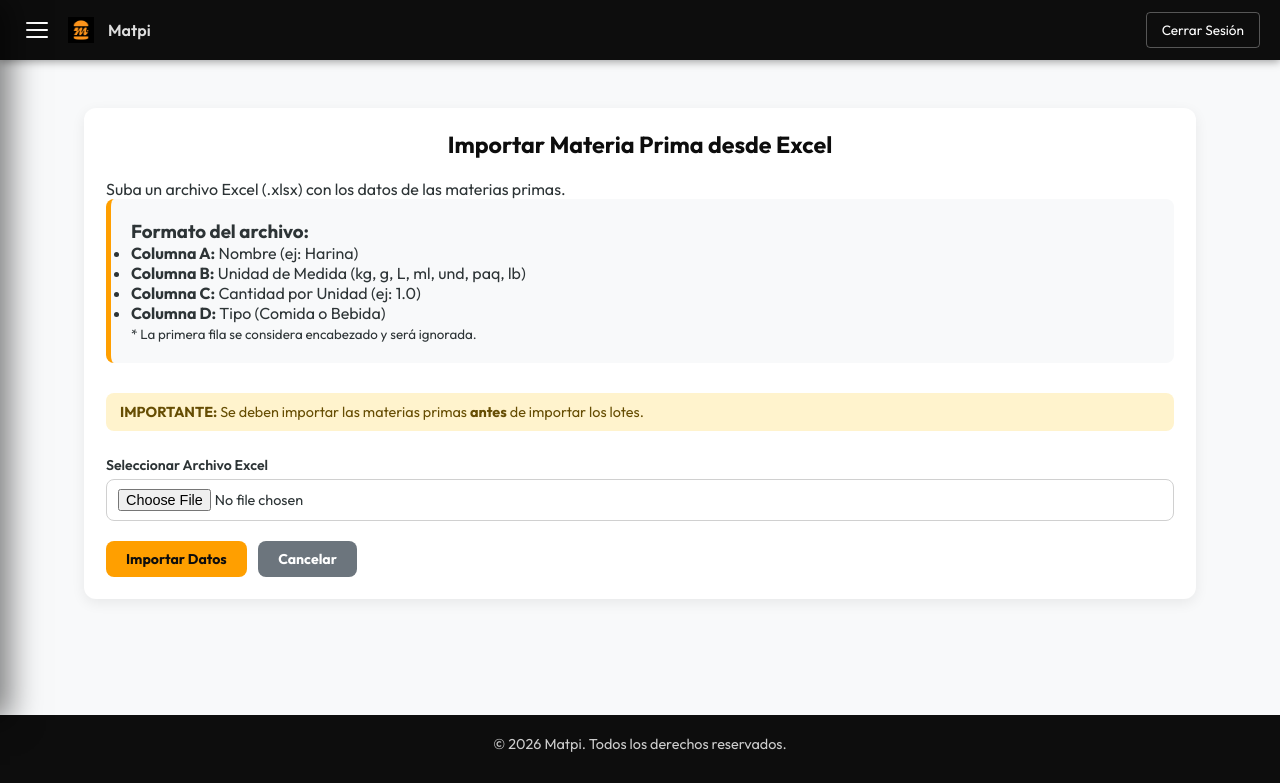
Repository: JuanFelipeNieto/MATPI-Python
Page: MATPI/materia_prima/templates/materia_prima/importar_materia_prima.html
An editor plug-in stored every save of this project. The page is shown before and after a run of saves, followed by the edit.
The browser window is 1280 px wide. The pictures show the whole page.
The template is drawn by Django 5.2. The application's start-up code is not run. The template is opened directly, without the code that normally fills it, so the values that code supplies are empty.

Above is the page before, as saved 2026-03-21 16:38:24.

After the next 3 saves:
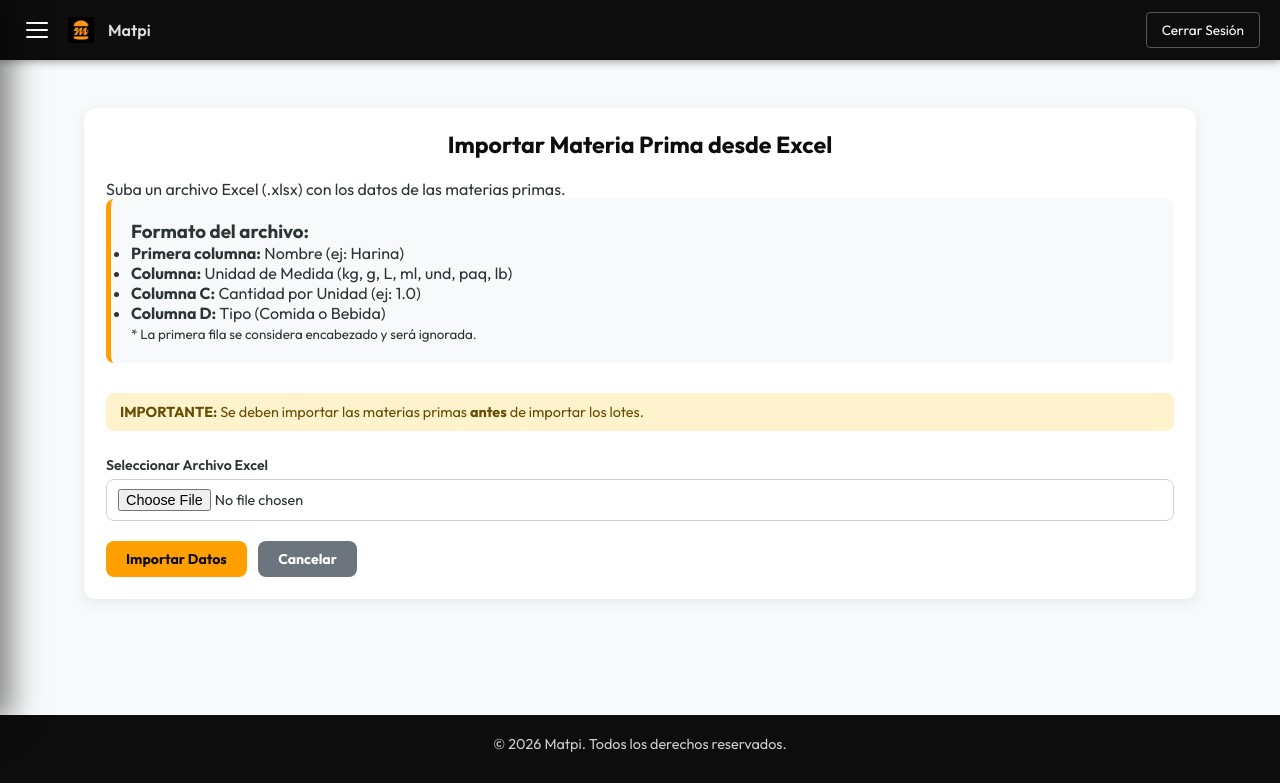
The 3 saves are shown as one change because they came seconds apart.
The last was saved 2 min 8 s later.
--- a/MATPI/materia_prima/templates/materia_prima/importar_materia_prima.html
+++ b/MATPI/materia_prima/templates/materia_prima/importar_materia_prima.html
@@ -10,8 +10,8 @@
     <div style="background: #f8f9fa; padding: 20px; border-radius: 8px; margin-bottom: 30px; border-left: 5px solid var(--primary);">
         <h3 style="margin-top: 0;">Formato del archivo:</h3>
         <ul>
-            <li><strong>Columna A:</strong> Nombre (ej: Harina)</li>
-            <li><strong>Columna B:</strong> Unidad de Medida (kg, g, L, ml, und, paq, lb)</li>
+            <li><strong>Primera columna:</strong> Nombre (ej: Harina)</li>
+            <li><strong>Columna:</strong> Unidad de Medida (kg, g, L, ml, und, paq, lb)</li>
             <li><strong>Columna C:</strong> Cantidad por Unidad (ej: 1.0)</li>
             <li><strong>Columna D:</strong> Tipo (Comida o Bebida)</li>
         </ul>
